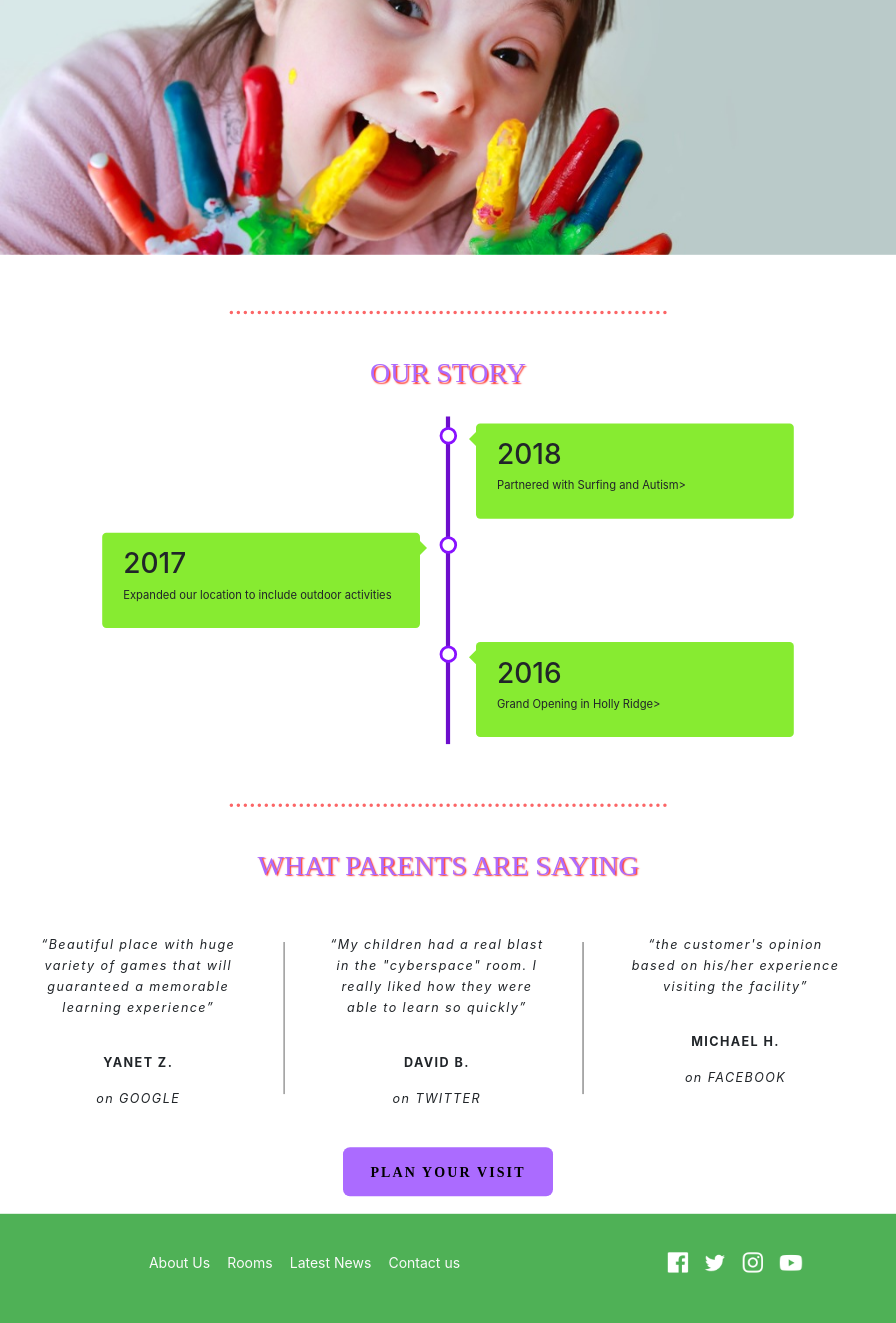
Repository: Code-Institute-Submissions/my-first-frontend-milestone-project
Page: about.html
The author's editor kept a record of every edit. The page is drawn from the files as they stood at one moment, then again after the next edit.
The browser window is 1280 px wide. The pictures show the part of the page from y = 1000 to 2920 px (the page is 2890 px tall before and 2920 px after), at 70% of full size.
Some web fonts or font styles are not loaded; a fallback is used.

Above is the page before.

### about.html
<!DOCTYPE html>
<html lang="en">

<head>
    <meta charset="UTF-8">
    <meta name="viewport" content="width=device-width, initial-scale=1.0">
    <meta http-equiv="X-UA-Compatible" content="ie=edge">
    <script src="https://code.jquery.com/jquery-3.3.1.slim.min.js" integrity="sha384-q8i/X+965DzO0rT7abK41JStQIAqVgRVzpbzo5smXKp4YfRvH+8abtTE1Pi6jizo" crossorigin="anonymous"></script>
    <script src="https://cdnjs.cloudflare.com/ajax/libs/popper.js/1.14.7/umd/popper.min.js" integrity="sha384-UO2eT0CpHqdSJQ6hJty5KVphtPhzWj9WO1clHTMGa3JDZwrnQq4sF86dIHNDz0W1" crossorigin="anonymous"></script>
    <link rel="stylesheet" href="https://stackpath.bootstrapcdn.com/bootstrap/4.3.1/css/bootstrap.min.css" integrity="sha384-ggOyR0iXCbMQv3Xipma34MD+dH/1fQ784/j6cY/iJTQUOhcWr7x9JvoRxT2MZw1T" crossorigin="anonymous">
    <script src="https://stackpath.bootstrapcdn.com/bootstrap/4.3.1/js/bootstrap.min.js" integrity="sha384-JjSmVgyd0p3pXB1rRibZUAYoIIy6OrQ6VrjIEaFf/nJGzIxFDsf4x0xIM+B07jRM" crossorigin="anonymous"></script>
    <link rel="stylesheet" href="https://maxcdn.bootstrapcdn.com/font-awesome/4.7.0/css/font-awesome.min.css" type="text/css" />
    <link rel="stylesheet" href="css/style.css">
    <title>KiddosSpot</title>
</head>

<body>
    <header>
        <!-- Used Bootstrap's code for basic nav. -->
        <nav class="navbar fixed-top navbar-light
         navbar-expand-lg  navbar-fixed-top navstyle">
            <a class="navbar-brand" href="index.html">
           <img src="./images/logo.jpg" class="logo" alt="Kids Spot Logo">
          </a>
            <button class="navbar-toggler" type="button" data-toggle="collapse" data-target="#navbarSupportedContent" aria-controls="navbarSupportedContent" aria-expanded="false" aria-label="Toggle navigation">
              <span class="navbar-toggler-icon"></span>
          </button>
            <div class="collapse navbar-collapse" id="navbarSupportedContent">
                <ul class="nav navbar-nav mr-auto" style=" margin: 0 auto;">
                    <li class="nav-item">
                        <a class="nav-link" href="index.html">Home <span class="sr-only">(current)</span></a>
                    </li>
                    <li class="nav-item active2">
                        <a class="nav-link about-menu" href="about.html">About Us</a>
                    </li>
                    <li class="nav-item">
                        <a class="nav-link" href="rooms.html">Rooms</a>
                    </li>
                    <li class="nav-item">
                        <a class="nav-link" href="planyourvisit.html">Plan Your Visit</a>
                    </li>
                    <li class="nav-item">
                        <a class="nav-link" href="events.html">Events</a>
                    </li>
                    <li class="nav-item">
                        <a class="nav-link" href="contact.html">Contact Us</a>
                    </li>
            </div>
        </nav>
    </header>

    <section>
        <!-- Bootstrap grid approach for columns -->
        <div class="container-fluid">
            <div class="row">
                <div class="col-12 banner-about-us"></div>
            </div>
            <div class="row">
                <div class="col-12 subtitle-about uppercase">
                    <h2>Who we are</h2>
                </div>
            </div>
            <div class="row">
                <div class="col-md-5 about-image">
                    <p><img src="./images/logo.jpg" alt="Logo" style="width:170px;height:170px;margin-right:15px;">
                    </p>
                </div>
                <div class="col-md-7 about-text">
                    <p>Our story began with the idea that children should be free to explore and experience as much as they can in order to discover what they truly like. After watching our own children be so limited to satisfy their curiosity in our home (no, we can't have children paint our sentimental jar), we decided to build a place where they could do just that...Explore and do more!</p>
                </div>
            </div>
            <div class="row">
                <div class="col-12 about-us-banner-center"></div>
            </div>
            <div class="row">
                <div class="col-sm-12">
                    <div class="dotted-separator">
                    </div>
                    <h2 class="subtitle-about uppercase">Our Story</h2>
                </div>
            </div>

            <!-- Timeline code extracted from W3 Schools -->
            <div class="timeline">
                <div class="container-2 right">
                    <div class="content">
                        <h2>2018</h2>
                        <p>Partnered with Surfing and Autism>
                    </div>
                </div>
                <div class="container-2 left">
                    <div class="content">
                        <h2>2017</h2>
                        <p>Expanded our location to include outdoor activities</p>
                    </div>
                </div>
                <div class="container-2 right">
                    <div class="content">
                        <h2>2016</h2>
                        <p>Grand Opening in Holly Ridge>
                    </div>
                </div>
            </div>
            <!-- what are people saying section -->
            <div class="row">
                <div class="col-sm-12">
                    <div class="dotted-separator">
                    </div>
                    <h2 class="subtitle-about uppercase">What Parents are Saying</h2>
                </div>
            </div>
            <div class="row">
                <div class="col-md-4">
                    <div class="quote">
                        <blockquote class="customer-review">
                            <q>Beautiful place with huge variety of games that will guaranteed a memorable learning experience</q>
                        </blockquote>
                        <div class="review-author">
                            <strong>Yanet Z.</strong>
                        </div>
                        <div class="review-author">
                            <p><em style="text-transform:lowercase;">on  </em><cite title="Google">Google</cite></p>
                        </div>
                    </div>
                    <div class="border"></div>
                </div>
                <div class="col-md-4">
                    <div class="quote">
                        <blockquote class="customer-review">
                            <q>My children had a real blast in the "cyberspace" room. I really liked how they were able to learn so quickly</q>
                        </blockquote>
                        <div class="review-author">
                            <strong>David B.</strong>
                        </div>
                        <div class="review-author">
                            <p><em style="text-transform:lowercase;">on </em><cite title="Twitter">Twitter</cite></p>
                        </div>
                    </div>
                    <div class="border"></div>
                </div>
                <div class="col-md-4">
                    <div class="quote">
                        <blockquote class="customer-review">
                            <q>the customer's opinion based on his/her experience visiting the facility</q>
                        </blockquote>
                        <div class="review-author">
                            <strong>Michael H.</strong>
                        </div>
                        <div class="review-author">
                            <p><em style="text-transform:lowercase;">on </em><cite title="Facebook">Facebook</cite></p>
                        </div>
                    </div>
                </div>
            </div>
        </div> <!-- container fluid -->
        <div style = "text-align:center;">
            <a class="planyourvisit-btn" href="planyourvisit.html">Plan Your Visit</a>
        </div>
    </section>
    <footer class="container-fluid">
        <div id="footer-details" class="row">
            <div class="col-sm-8">
                <nav id="menu-widget-2">
                    <ul>
                        <li>
                            <a href="about.html">About Us</a></li>
                        <li>
                            <a href="rooms.html">Rooms</a></li>
                        <li>
                            <a href="news.html">Latest News</a></li>
                        <li>
                            <a href="contact.html">Contact us</a></li>
                    </ul>
                </nav>
            </div>
            <div id="social-media" class="col-sm-4">
                <a href="#" target="_blank">
                        <img src="./images/facebook.png">
                </a>
                <a href="#" target="_blank">
                        <img src="./images/twitter.png">
                </a>
                <a href="#" target="_blank">
                        <img src="./images/instagram.png">
                </a>
                <a href="#" target="_blank">
                        <img src="./images/youtube.png">
                </a>
            </div>
        </div>
    </footer>
</body>


</html>

Loaded but not shown: css/style.css (969 lines, source omitted)

After the next edit:
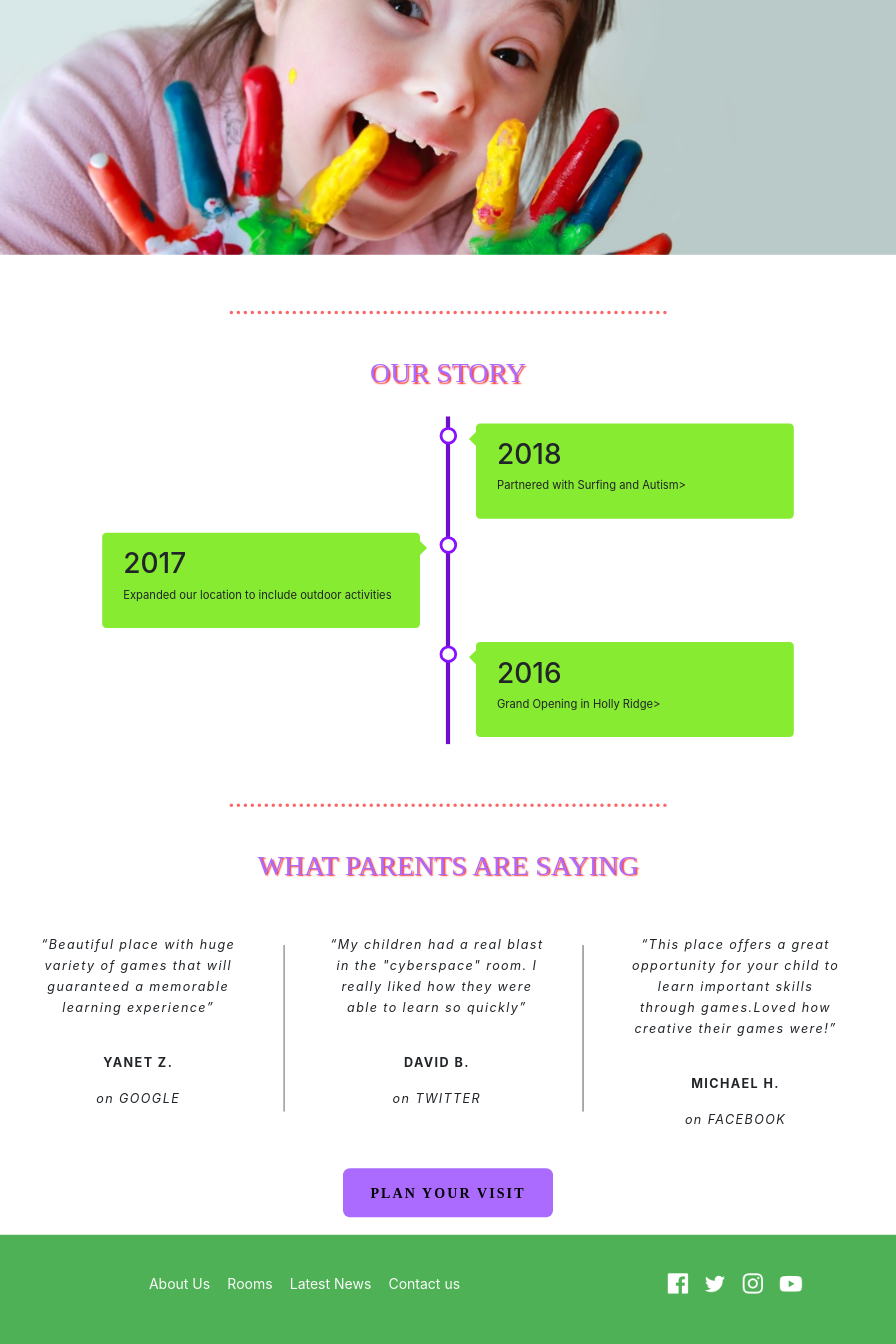
The edit:
--- a/about.html
+++ b/about.html
@@ -141,7 +141,7 @@
                 <div class="col-md-4">
                     <div class="quote">
                         <blockquote class="customer-review">
-                            <q>the customer's opinion based on his/her experience visiting the facility</q>
+                            <q>This place offers a great opportunity for your child to learn important skills through games.Loved how creative their games were!</q>
                         </blockquote>
                         <div class="review-author">
                             <strong>Michael H.</strong>
